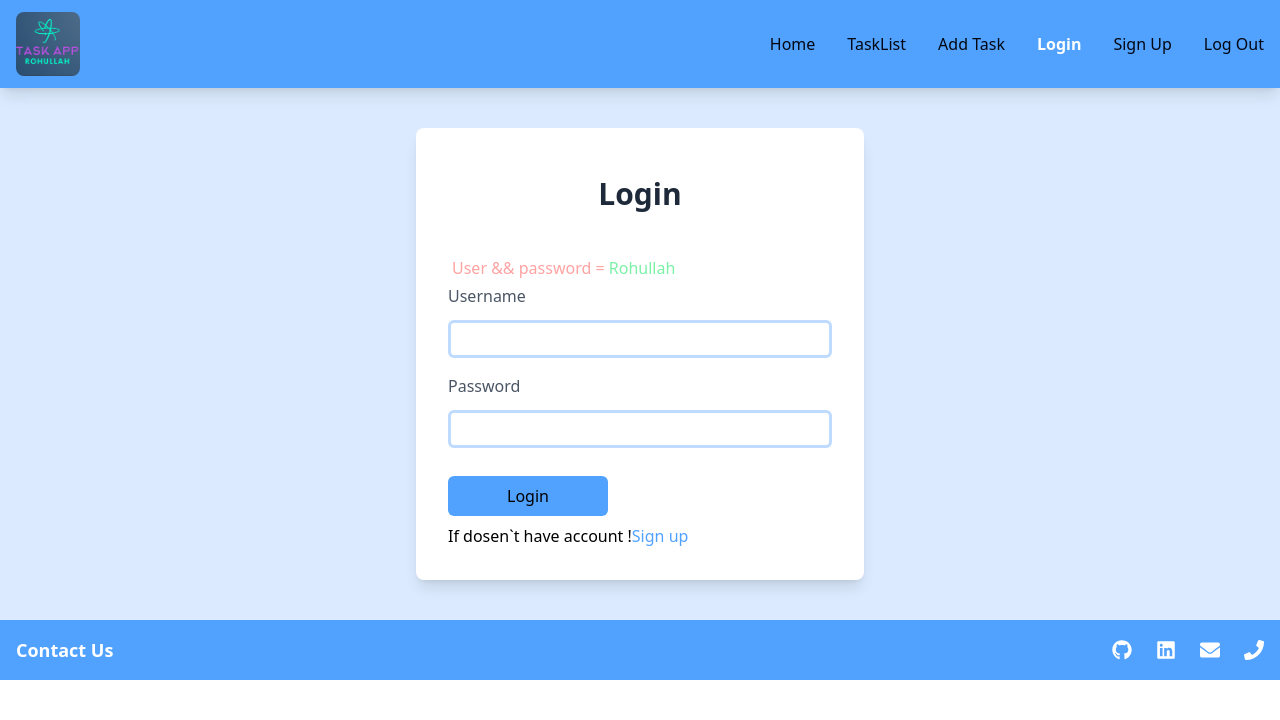
Repository: Rohullah-Noori/TaskApp
Page: /
The author's editor kept a copy of each file at every save. The page is drawn from the files as they stood at one save, then again after the next save.
The browser window is 1280 px wide. The pictures show the whole page.
The project was rebuilt for these pictures with package versions that can differ from the ones it lists, and the page was loaded fresh each time. Also part of the build but not shown: vite.config.js, src/components/Loader.jsx, src/pages/Landing.jsx, src/pages/Home.jsx, src/pages/Signup.jsx, src/pages/Addtask.jsx, src/pages/Edittask.jsx, src/pages/Errorpage.jsx and 1 more.

Above is the page before, as saved 2025-06-23 10:37:52.

After the next save:
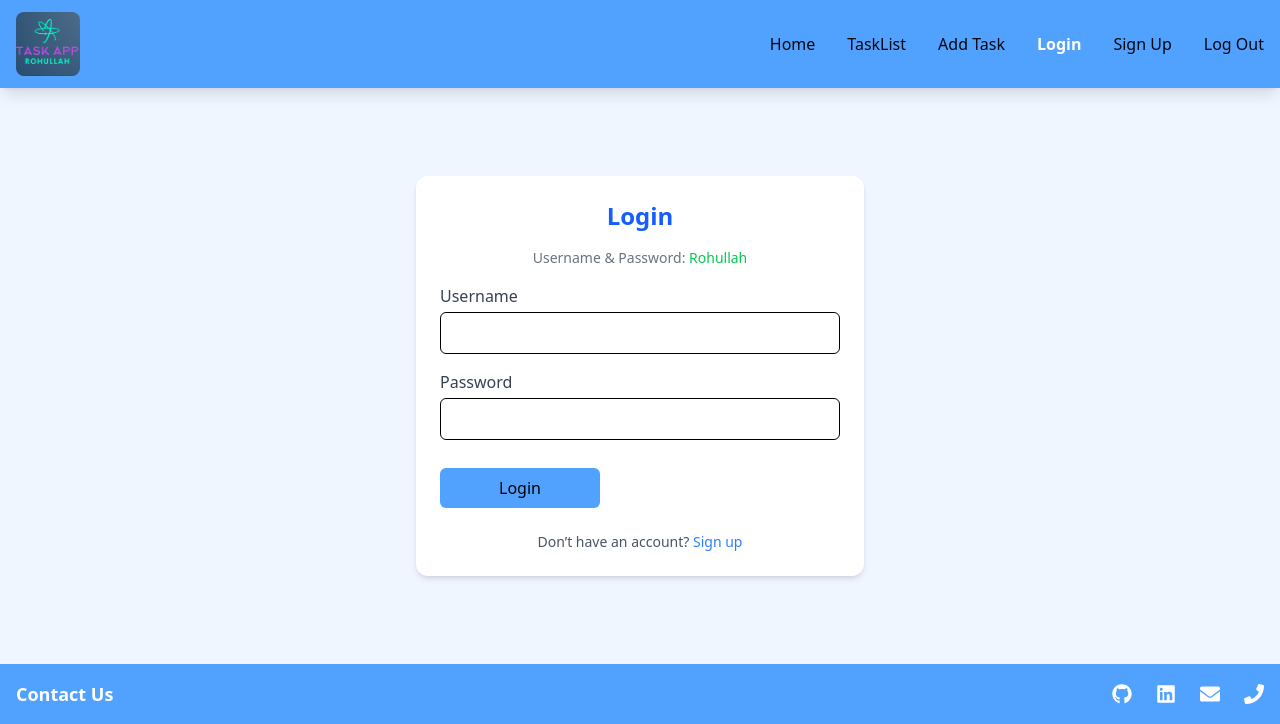
Saved 78 s later.
--- a/src/pages/Login.jsx
+++ b/src/pages/Login.jsx
@@ -1,6 +1,6 @@
 import Navbar from "../components/Navbar";
 import { useState } from "react";
-import { Link, useNavigate } from "react-router-dom";
+import { Link } from "react-router-dom";
 import Loader from "../components/Loader";
 import Button from "../components/Button";
 import { useAuth } from "../components/PrivateContext";
@@ -12,69 +12,77 @@ function Login() {
   const [password, setPassword] = useState("");
   const [username, setUsername] = useState("");
   const { login } = useAuth();
-  const validusername = "Rohullah";
-  const validpassword = "Rohullah";
 
-  function handlesubmit(e) {
+  const validUsername = "Rohullah";
+  const validPassword = "Rohullah";
+
+  function handleSubmit(e) {
     e.preventDefault();
     setIsloading(true);
     setMessage("");
-    if (username === validusername && password === validpassword) {
+
+    if (username === validUsername && password === validPassword) {
       setTimeout(() => {
         setIsloading(false);
-        setMessage("login successfully");
-
+        setMessage("Login successfully");
         login();
       }, 1000);
     } else {
-      setMessage("Invalid Usrename or Password");
-      setIsloading(false);
+      setTimeout(() => {
+        setMessage("Invalid username or password");
+        setIsloading(false);
+      }, 700);
     }
   }
+
   return (
     <>
       <Navbar />
-      <div className="containerForm">
-        <div className="parentContainerForm ">
-          <h2 className="heading">Login</h2>
-          <p className="p-1 text-red-300">
-            User && password = <span className="text-green-300">Rohullah</span>
+      <main className="min-h-[80vh] flex justify-center items-center bg-blue-50 px-4">
+        <div className="w-full max-w-md bg-white rounded-xl shadow-md p-6">
+          <h2 className="text-2xl font-bold text-center text-blue-600 mb-4">
+            Login
+          </h2>
+
+          <p className="text-sm text-gray-500 text-center mb-4">
+            Username & Password:{" "}
+            <span className="text-green-500 font-medium">Rohullah</span>
           </p>
+
           {loading && <Loader />}
           {message && (
             <div
-              className={`${
-                message === "login successfully"
-                  ? "bg-green-100 text-green-700 border-green-500"
-                  : "bg-red-100 text-red-700 border-red-500"
+              className={`text-sm px-4 py-2 rounded-md border mb-4 ${
+                message === "Login successfully"
+                  ? "bg-green-100 text-green-700 border-green-400"
+                  : "bg-red-100 text-red-700 border-red-400"
               }`}
             >
               {message}
             </div>
           )}
 
-          <form action="" onSubmit={handlesubmit} className="space-y-4">
-            <div className=" space-y-3  ">
+          <form onSubmit={handleSubmit} className="space-y-4">
+            <div>
               <label
                 htmlFor="username"
-                className="block text-md font-md text-gray-600"
+                className="block text-gray-700 font-medium mb-1"
               >
                 Username
               </label>
-
               <input
                 type="text"
                 id="username"
                 value={username}
                 onChange={(e) => setUsername(e.target.value)}
-                className="input"
+                className="w-full px-4 py-2 border rounded-md focus:outline-none focus:ring-2 focus:ring-blue-400"
               />
             </div>
 
-            <div className=" space-y-3 ">
+            <div>
               <label
                 htmlFor="password"
-                className="block text-md font-md text-gray-600"
+                className="block text-gray-700 font-medium mb-1"
               >
                 Password
               </label>
@@ -83,27 +91,23 @@ function Login() {
                 id="password"
                 value={password}
                 onChange={(e) => setPassword(e.target.value)}
-                className="input"
+                className="w-full px-4 py-2 border rounded-md focus:outline-none focus:ring-2 focus:ring-blue-400"
               />
             </div>
-            <div className="flex">
-              <Button type="submit">Login</Button>
-            </div>
+
+            <Button type="submit" className="w-full">
+              Login
+            </Button>
           </form>
 
-          <div>
-            <h3>
-              If dosen`t have account !
-              <Link
-                to={"/signup"}
-                className=" text-blue-400 hover:text-blue-600"
-              >
-                Sign up
-              </Link>
-            </h3>
-          </div>
+          <p className="mt-4 text-center text-sm text-gray-600">
+            Don’t have an account?{" "}
+            <Link to="/signup" className="text-blue-500 hover:underline">
+              Sign up
+            </Link>
+          </p>
         </div>
-      </div>
+      </main>
       <Footer />
     </>
   );
